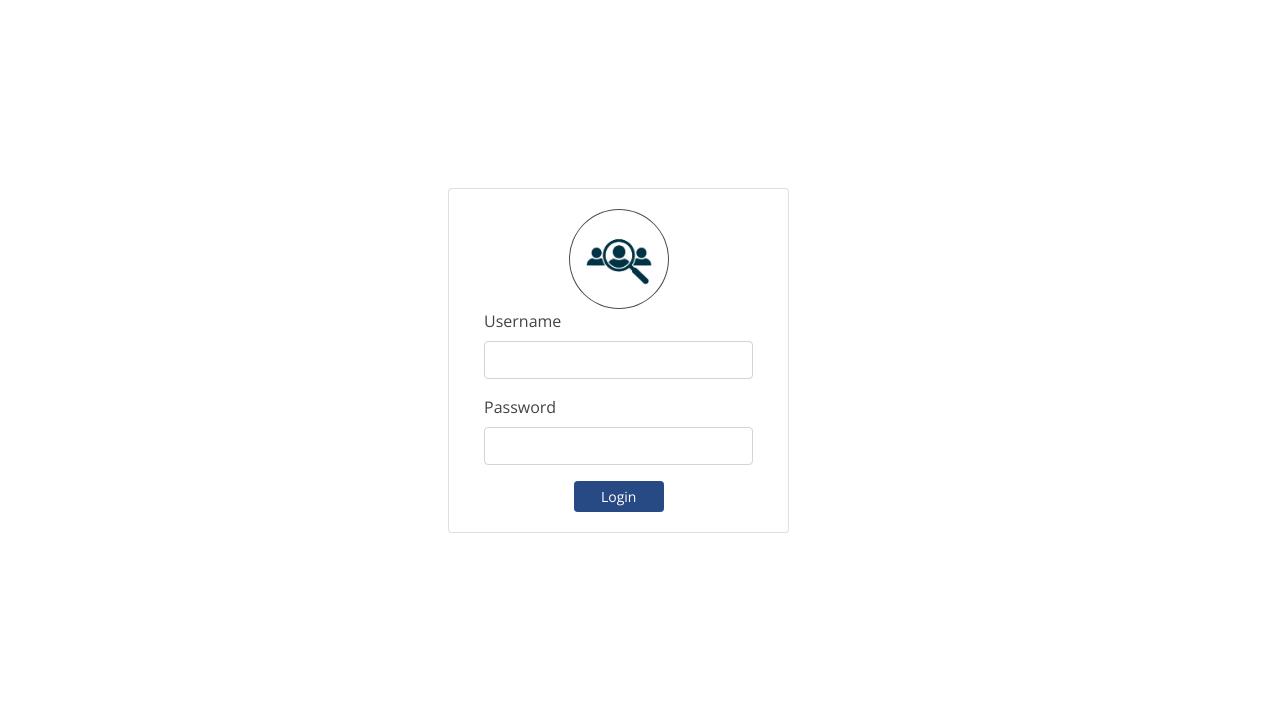
Repository: sandhya8109/hope
Page: http://localhost/admin/login.php
The author's editor kept a copy of each file at every save. The page is drawn from the files as they stood at one save, then again after the next save.
The browser window is 1280 px wide. The pictures show the whole page.
Some web fonts or font styles are not loaded; a fallback is used. The page is run by PHP 8.4 with error messages shown; the project is at /var/www/html/. Other server files are loaded and not shown. The database holds what the project's SQL file puts in it.

Above is the page before, as saved 2023-06-04 15:13:48.

### admin/login.php
<!DOCTYPE html>
<html lang="en">

<head>
	<meta charset="utf-8">
	<meta content="width=device-width, initial-scale=1.0" name="viewport">

	<title>Admin | Hope Ability</title>


	<?php include('./header.php'); ?>
	<?php include('./db_connect.php'); ?>
	<?php
	session_start();
	ob_start();
	$query = $conn->query("SELECT * FROM system_settings limit 1")->fetch_array();
	foreach ($query as $key => $value) {
		if (!is_numeric($key))
			$_SESSION['setting_' . $key] = $value;
	}
	ob_end_flush();
	if (isset($_SESSION['login_id']))
		header("location:index.php?page=home");

	?>

</head>
<style>
	body {
		width: 100%;
		height: calc(100%);
		/*background: #007bff;*/
	}

	#login {
		position: absolute;

		left: 0;
		width: 40%;
		height: calc(100%);
		background: white;
		display: flex;
		align-items: center;
		margin-left: 35%;
	}


	.logo {
		margin: auto;
		background: white;
		border-radius: 50% 50%;
		color: #000000b3;
		z-index: 10;
		width: 100px;
		height: 100px;
		border: 1px solid;
		display: flex;
		align-items: center;
		justify-content: center;
	}

	.logo>img {
		transform: scale(3.5);
		object-fit: cover;
	}

	.logo>img {
		width: 44px;
		height: 47px;
		object-fit: cover;
		transform: scale(1.5);
	}
</style>

<body>


	<main id="main" class=" bg-dark">
		<div id="login">
			<div class="card col-md-8">
				<div class="card-body">
					<div class="logo">
						<img src="./assets/img/recruitment-logo.jpg" alt="">
					</div>
					<form id="login-form">
						<div class="form-group">
							<label for="username" class="control-label">Username</label>
							<input type="text" id="username" name="username" class="form-control">
						</div>
						<div class="form-group">
							<label for="password" class="control-label">Password</label>
							<input type="password" id="password" name="password" class="form-control">
						</div>
						<center><button class="btn-sm btn-block btn-wave col-md-4 btn-primary">Login</button></center>
						<style>
							.btn-primary {
								background-color: #274a84;
								color: #fff;
								border: 1px solid #274a84;
							}

							.btn-primary:hover {
								background-color: #fff;
								color: #57c6e4;
								border: 1px solid #57c6e4;
							}
						</style>

					</form>
				</div>
			</div>
		</div>


	</main>

	<a href="#" class="back-to-top"><i class="icofont-simple-up"></i></a>


</body>
<script>
	$('#login-form').submit(function (e) {
		e.preventDefault()
		$('#login-form button[type="button"]').attr('disabled', true).html('Logging in...');
		if ($(this).find('.alert-danger').length > 0)
			$(this).find('.alert-danger').remove();
		$.ajax({
			url: 'ajax.php?action=login',
			method: 'POST',
			data: $(this).serialize(),
			error: err => {
				console.log(err)
				$('#login-form button[type="button"]').removeAttr('disabled').html('Login');

			},
			success: function (resp) {
				if (resp == 1) {
					location.href = 'index.php?page=home';
				} else if (resp == 2) {
					location.href = 'voting.php';
				} else {
					$('#login-form').prepend('<div class="alert alert-danger">Username or password is incorrect.</div>')
					$('#login-form button[type="button"]').removeAttr('disabled').html('Login');
				}
			}
		})
	})
</script>

</html>

### admin/header.php
<meta content="" name="descriptison">
  <meta content="" name="keywords">



  <!-- Google Fonts -->
  <link href="https://fonts.googleapis.com/css?family=Open+Sans:300,300i,400,400i,600,600i,700,700i|Raleway:300,300i,400,400i,500,500i,600,600i,700,700i|Poppins:300,300i,400,400i,500,500i,600,600i,700,700i" rel="stylesheet">
    <link rel="stylesheet" href="assets/font-awesome/css/all.min.css">


  <!-- Vendor CSS Files -->
  <link href="assets/vendor/bootstrap/css/bootstrap.min.css" rel="stylesheet">
  <link href="assets/vendor/icofont/icofont.min.css" rel="stylesheet">
  <link href="assets/vendor/boxicons/css/boxicons.min.css" rel="stylesheet">
  <link href="assets/vendor/venobox/venobox.css" rel="stylesheet">
  <link href="assets/vendor/animate.css/animate.min.css" rel="stylesheet">
  <link href="assets/vendor/remixicon/remixicon.css" rel="stylesheet">
  <link href="assets/vendor/owl.carousel/assets/owl.carousel.min.css" rel="stylesheet">
  <link href="assets/vendor/bootstrap-datepicker/css/bootstrap-datepicker.min.css" rel="stylesheet">
  <link href="assets/DataTables/datatables.min.css" rel="stylesheet">
  <link href="assets/css/jquery.datetimepicker.min.css" rel="stylesheet">
  <link href="assets/css/select2.min.css" rel="stylesheet">


  <!-- Template Main CSS File -->
  <link href="assets/css/style.css" rel="stylesheet">
  <link type="text/css" rel="stylesheet" href="assets/css/jquery-te-1.4.0.css">

  <script src="assets/vendor/jquery/jquery.min.js"></script>
  <script src="assets/DataTables/datatables.min.js"></script>
  <script src="assets/vendor/bootstrap/js/bootstrap.bundle.min.js"></script>
  <script src="assets/vendor/jquery.easing/jquery.easing.min.js"></script>
  <script src="assets/vendor/php-email-form/validate.js"></script>
  <script src="assets/vendor/venobox/venobox.min.js"></script>
  <script src="assets/vendor/waypoints/jquery.waypoints.min.js"></script>
  <script src="assets/vendor/counterup/counterup.min.js"></script>
  <script src="assets/vendor/owl.carousel/owl.carousel.min.js"></script>
  <script src="assets/vendor/bootstrap-datepicker/js/bootstrap-datepicker.min.js"></script>
    <script type="text/javascript" src="assets/js/select2.min.js"></script>
    <script type="text/javascript" src="assets/js/jquery.datetimepicker.full.min.js"></script>
    <script type="text/javascript" src="assets/font-awesome/js/all.min.js"></script>
  <script type="text/javascript" src="assets/js/jquery-te-1.4.0.min.js" charset="utf-8"></script>

### admin/db_connect.php
<?php

$conn = new mysqli('localhost', 'root', '', 'hope ability') or die("Could not connect to mysql" . mysqli_error($con));

### database/hopeability.sql (the tables this page reads)
CREATE TABLE `system_settings` (
  `id` int(30) NOT NULL,
  `name` text NOT NULL,
  `email` varchar(200) NOT NULL,
  `contact` varchar(20) NOT NULL,
  `cover_img` text NOT NULL,
  `about_content` text NOT NULL
) ENGINE=InnoDB DEFAULT CHARSET=utf8mb4;

INSERT INTO `system_settings` (`id`, `name`, `email`, `contact`, `cover_img`, `about_content`) VALUES
(1, 'Hope Ability', 'info@hopeability.com.au', '1300 424 442', '1685239380_carousel-1.jpg', '&lt;h1 class=&quot;mb-4&quot; style=&quot;padding: 0px; font-family: Nunito, sans-serif; font-weight: 700; color: rgb(24, 29, 56); font-size: 2.5rem; margin-bottom: 1.5rem !important;&quot;&gt;&amp;nbsp; &amp;nbsp; &amp;nbsp; &amp;nbsp; &amp;nbsp; &amp;nbsp; &amp;nbsp; &amp;nbsp; &amp;nbsp; &amp;nbsp; &amp;nbsp; &amp;nbsp; &amp;nbsp; &amp;nbsp; &amp;nbsp; &amp;nbsp;We Combine Experience And Empathy&lt;/h1&gt;&lt;h2 class=&quot;kt-adv-heading_ecd870-b6 wp-block-kadence-advancedheading&quot; data-kb-block=&quot;kb-adv-heading_ecd870-b6&quot; style=&quot;margin-bottom: 0.5rem; margin-left: 349.413px; padding: 10px 0px 0px; font-family: Nunito, sans-serif; font-weight: 700; color: rgb(58, 86, 104); font-size: 2rem; margin-block-start: 0.83em; text-transform: uppercase;&quot;&gt;&lt;p class=&quot;mb-4&quot; style=&quot;padding: 0px; color: rgb(82, 86, 91); font-family: Poppins, sans-serif; font-size: 16px; font-weight: 400; text-transform: none; margin-bottom: 1.5rem !important;&quot;&gt;Hope Ability management has years of experience in disability services along with extensive experience in customer focused public and private sector. Our vision is to empower participants to take ownership of their life. We provide services to people of all abilities, backgrounds, preferences, and lifestyles. It is important for us at Hope Ability to not only provide support services that are respectful and offer dignity to participants, but also to create a safe and inclusive working environment for our staff.&lt;/p&gt;&lt;p class=&quot;mb-4&quot; style=&quot;padding: 0px; color: rgb(82, 86, 91); font-family: Poppins, sans-serif; font-size: 16px; font-weight: 400; text-transform: none; margin-bottom: 1.5rem !important;&quot;&gt;We have embedded person-centered support in our mission to ensure all staff treat our participants the way they would like to be treated. Participants are given the freedom to make their own delivery choices and are provided access to their preferred health services. Participants are treated with respect and empathy. our staff actively listen to their life story to understand their values, culture, interests, and beliefs. We then incorporate this information into the support plans. Strong connections between people, family, friends, and their community are encouraged so that participants can enjoy greater safety, independence and an enhanced quality of life. Participants are supported to integrate within their community, with family and friends, in a manner that assists them to meet their goals by having their views and input valued, which is their legal and human right.&lt;/p&gt;&lt;/h2&gt;&lt;p&gt;&lt;/p&gt;');

ALTER TABLE `system_settings`
  ADD PRIMARY KEY (`id`);

ALTER TABLE `system_settings`
  MODIFY `id` int(30) NOT NULL AUTO_INCREMENT, AUTO_INCREMENT=2;

Loaded but not shown: admin/assets/font-awesome/css/all.min.css (library); admin/assets/DataTables/datatables.min.css (library); admin/assets/css/jquery.datetimepicker.min.css (library); admin/assets/css/select2.min.css (library); admin/assets/css/jquery-te-1.4.0.css (library); admin/assets/DataTables/datatables.min.js (library); admin/assets/js/select2.min.js (library); admin/assets/js/jquery.datetimepicker.full.min.js (library); admin/assets/js/jquery-te-1.4.0.min.js (library); admin/assets/css/style.css (1725 lines, source omitted)

After the next save:
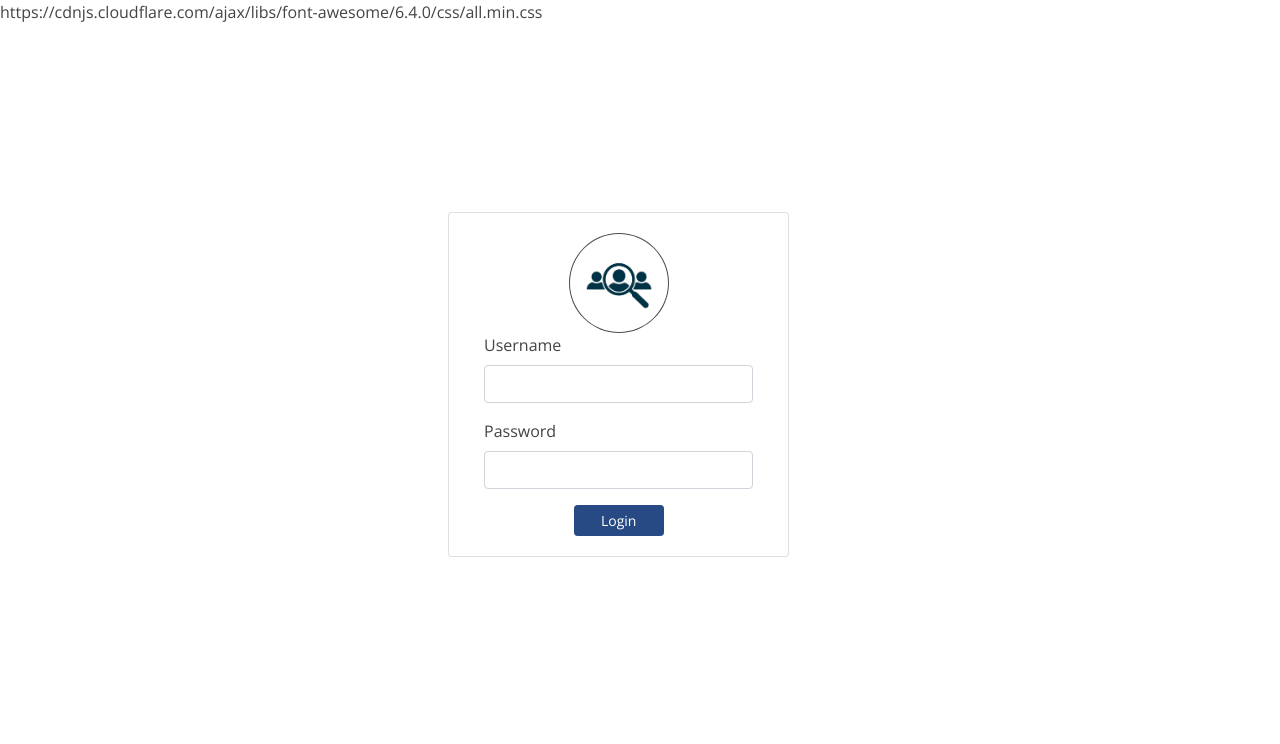
Saved 58 s later.
--- a/admin/header.php
+++ b/admin/header.php
@@ -1,42 +1,44 @@
 <meta content="" name="descriptison">
-  <meta content="" name="keywords">
+<meta content="" name="keywords">
 
 
-
-  <!-- Google Fonts -->
-  <link href="https://fonts.googleapis.com/css?family=Open+Sans:300,300i,400,400i,600,600i,700,700i|Raleway:300,300i,400,400i,500,500i,600,600i,700,700i|Poppins:300,300i,400,400i,500,500i,600,600i,700,700i" rel="stylesheet">
-    <link rel="stylesheet" href="assets/font-awesome/css/all.min.css">
+https://cdnjs.cloudflare.com/ajax/libs/font-awesome/6.4.0/css/all.min.css
+<!-- Google Fonts -->
+<link
+  href="https://fonts.googleapis.com/css?family=Open+Sans:300,300i,400,400i,600,600i,700,700i|Raleway:300,300i,400,400i,500,500i,600,600i,700,700i|Poppins:300,300i,400,400i,500,500i,600,600i,700,700i"
+  rel="stylesheet">
+<link rel="stylesheet" href="assets/font-awesome/css/all.min.css">
 
 
-  <!-- Vendor CSS Files -->
-  <link href="assets/vendor/bootstrap/css/bootstrap.min.css" rel="stylesheet">
-  <link href="assets/vendor/icofont/icofont.min.css" rel="stylesheet">
-  <link href="assets/vendor/boxicons/css/boxicons.min.css" rel="stylesheet">
-  <link href="assets/vendor/venobox/venobox.css" rel="stylesheet">
-  <link href="assets/vendor/animate.css/animate.min.css" rel="stylesheet">
-  <link href="assets/vendor/remixicon/remixicon.css" rel="stylesheet">
-  <link href="assets/vendor/owl.carousel/assets/owl.carousel.min.css" rel="stylesheet">
-  <link href="assets/vendor/bootstrap-datepicker/css/bootstrap-datepicker.min.css" rel="stylesheet">
-  <link href="assets/DataTables/datatables.min.css" rel="stylesheet">
-  <link href="assets/css/jquery.datetimepicker.min.css" rel="stylesheet">
-  <link href="assets/css/select2.min.css" rel="stylesheet">
+<!-- Vendor CSS Files -->
+<link href="assets/vendor/bootstrap/css/bootstrap.min.css" rel="stylesheet">
+<link href="assets/vendor/icofont/icofont.min.css" rel="stylesheet">
+<link href="assets/vendor/boxicons/css/boxicons.min.css" rel="stylesheet">
+<link href="assets/vendor/venobox/venobox.css" rel="stylesheet">
+<link href="assets/vendor/animate.css/animate.min.css" rel="stylesheet">
+<link href="assets/vendor/remixicon/remixicon.css" rel="stylesheet">
+<link href="assets/vendor/owl.carousel/assets/owl.carousel.min.css" rel="stylesheet">
+<link href="assets/vendor/bootstrap-datepicker/css/bootstrap-datepicker.min.css" rel="stylesheet">
+<link href="assets/DataTables/datatables.min.css" rel="stylesheet">
+<link href="assets/css/jquery.datetimepicker.min.css" rel="stylesheet">
+<link href="assets/css/select2.min.css" rel="stylesheet">
 
 
-  <!-- Template Main CSS File -->
-  <link href="assets/css/style.css" rel="stylesheet">
-  <link type="text/css" rel="stylesheet" href="assets/css/jquery-te-1.4.0.css">
+<!-- Template Main CSS File -->
+<link href="assets/css/style.css" rel="stylesheet">
+<link type="text/css" rel="stylesheet" href="assets/css/jquery-te-1.4.0.css">
 
-  <script src="assets/vendor/jquery/jquery.min.js"></script>
-  <script src="assets/DataTables/datatables.min.js"></script>
-  <script src="assets/vendor/bootstrap/js/bootstrap.bundle.min.js"></script>
-  <script src="assets/vendor/jquery.easing/jquery.easing.min.js"></script>
-  <script src="assets/vendor/php-email-form/validate.js"></script>
-  <script src="assets/vendor/venobox/venobox.min.js"></script>
-  <script src="assets/vendor/waypoints/jquery.waypoints.min.js"></script>
-  <script src="assets/vendor/counterup/counterup.min.js"></script>
-  <script src="assets/vendor/owl.carousel/owl.carousel.min.js"></script>
-  <script src="assets/vendor/bootstrap-datepicker/js/bootstrap-datepicker.min.js"></script>
-    <script type="text/javascript" src="assets/js/select2.min.js"></script>
-    <script type="text/javascript" src="assets/js/jquery.datetimepicker.full.min.js"></script>
-    <script type="text/javascript" src="assets/font-awesome/js/all.min.js"></script>
-  <script type="text/javascript" src="assets/js/jquery-te-1.4.0.min.js" charset="utf-8"></script>
+<script src="assets/vendor/jquery/jquery.min.js"></script>
+<script src="assets/DataTables/datatables.min.js"></script>
+<script src="assets/vendor/bootstrap/js/bootstrap.bundle.min.js"></script>
+<script src="assets/vendor/jquery.easing/jquery.easing.min.js"></script>
+<script src="assets/vendor/php-email-form/validate.js"></script>
+<script src="assets/vendor/venobox/venobox.min.js"></script>
+<script src="assets/vendor/waypoints/jquery.waypoints.min.js"></script>
+<script src="assets/vendor/counterup/counterup.min.js"></script>
+<script src="assets/vendor/owl.carousel/owl.carousel.min.js"></script>
+<script src="assets/vendor/bootstrap-datepicker/js/bootstrap-datepicker.min.js"></script>
+<script type="text/javascript" src="assets/js/select2.min.js"></script>
+<script type="text/javascript" src="assets/js/jquery.datetimepicker.full.min.js"></script>
+<script type="text/javascript" src="assets/font-awesome/js/all.min.js"></script>
+<script type="text/javascript" src="assets/js/jquery-te-1.4.0.min.js" charset="utf-8"></script>

After the save that followed:
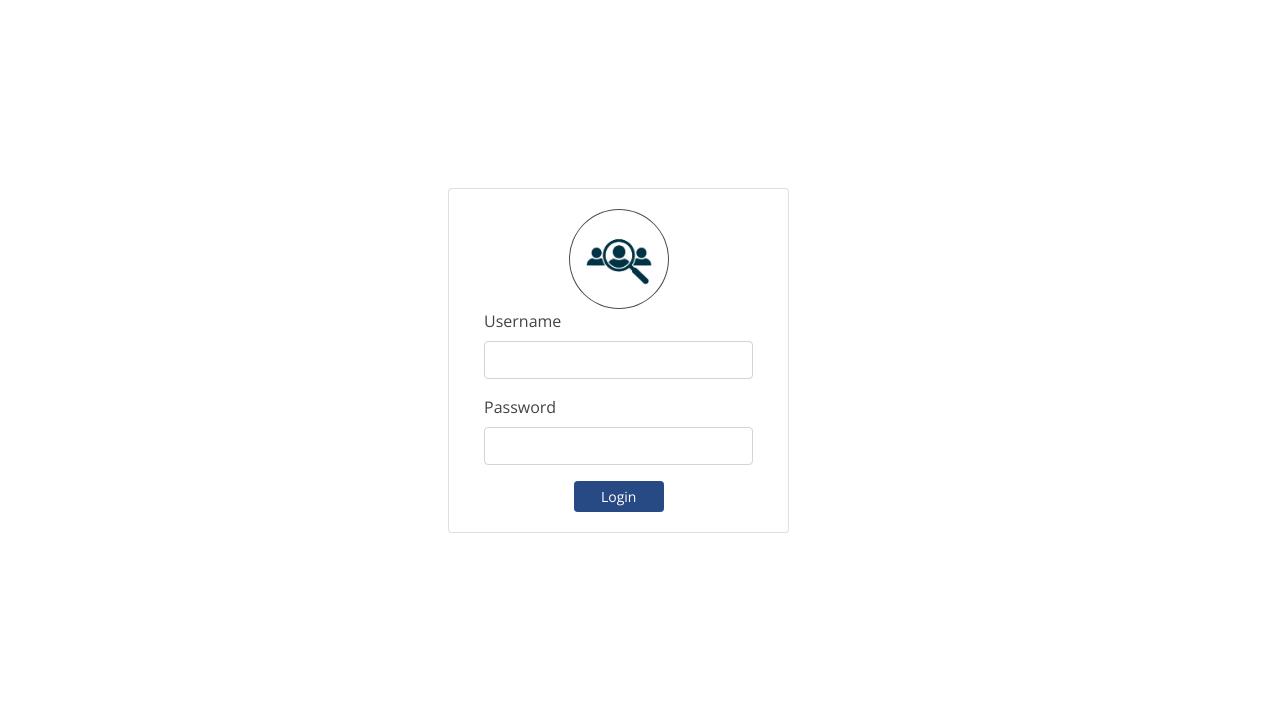
Saved 9 s later.
--- a/admin/header.php
+++ b/admin/header.php
@@ -2,8 +2,7 @@
 <meta content="" name="keywords">
 
 
-https://cdnjs.cloudflare.com/ajax/libs/font-awesome/6.4.0/css/all.min.css
-<!-- Google Fonts -->
+<link href="https://cdnjs.cloudflare.com/ajax/libs/font-awesome/6.4.0/css/all.min.css" <!-- Google Fonts -->
 <link
   href="https://fonts.googleapis.com/css?family=Open+Sans:300,300i,400,400i,600,600i,700,700i|Raleway:300,300i,400,400i,500,500i,600,600i,700,700i|Poppins:300,300i,400,400i,500,500i,600,600i,700,700i"
   rel="stylesheet">
